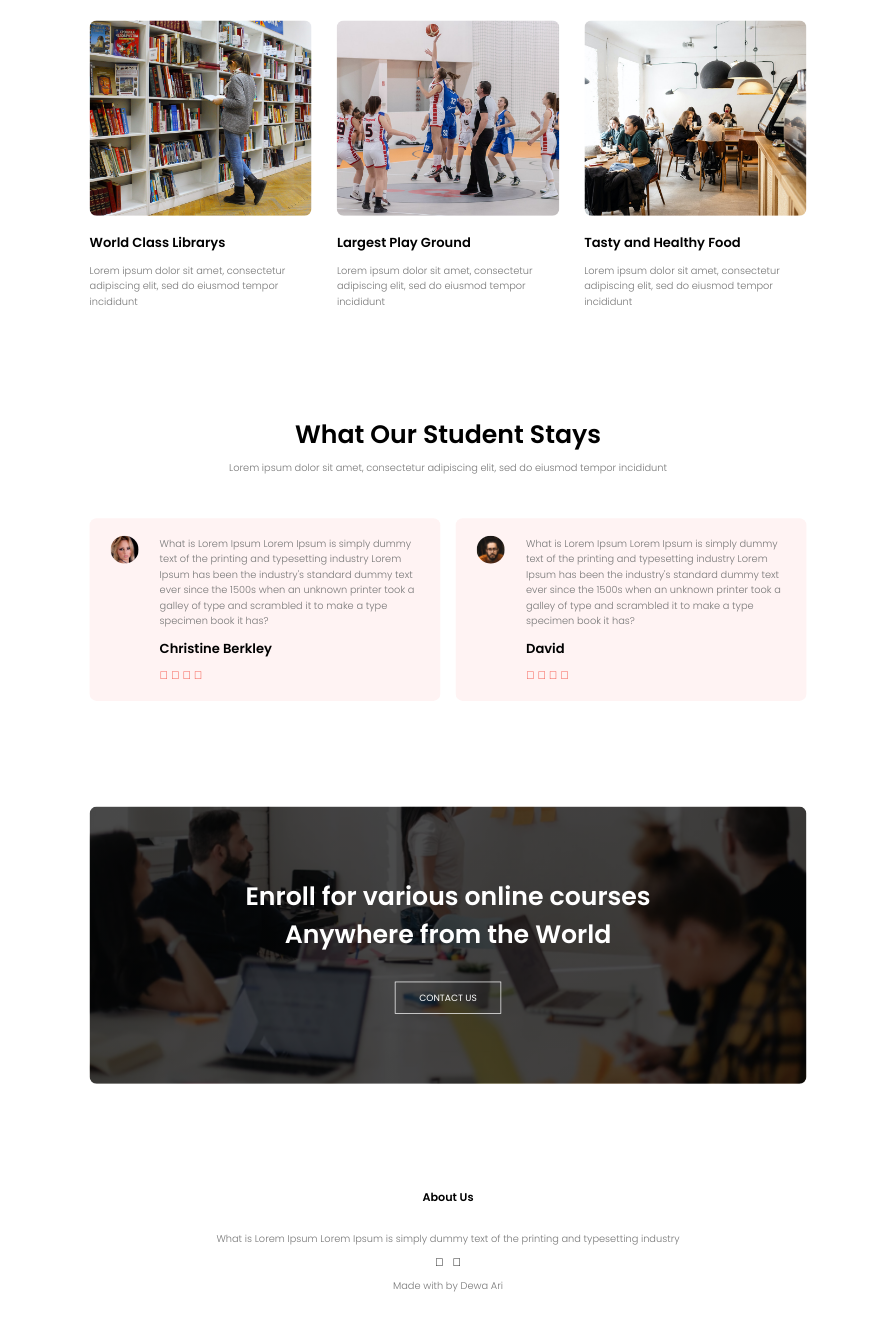
Repository: dewaary/company-profile
Page: index.html
The author's editor kept a copy of each file at every save. The page is drawn from the files as they stood at one save, then again after the next save.
The browser window is 1280 px wide. The pictures show the part of the page from y = 2105 to 4025 px (the page is 3993 px tall before and 4025 px after), at 70% of full size.

Above is the page before, as saved 2021-05-07 22:44:58.

After the next save:
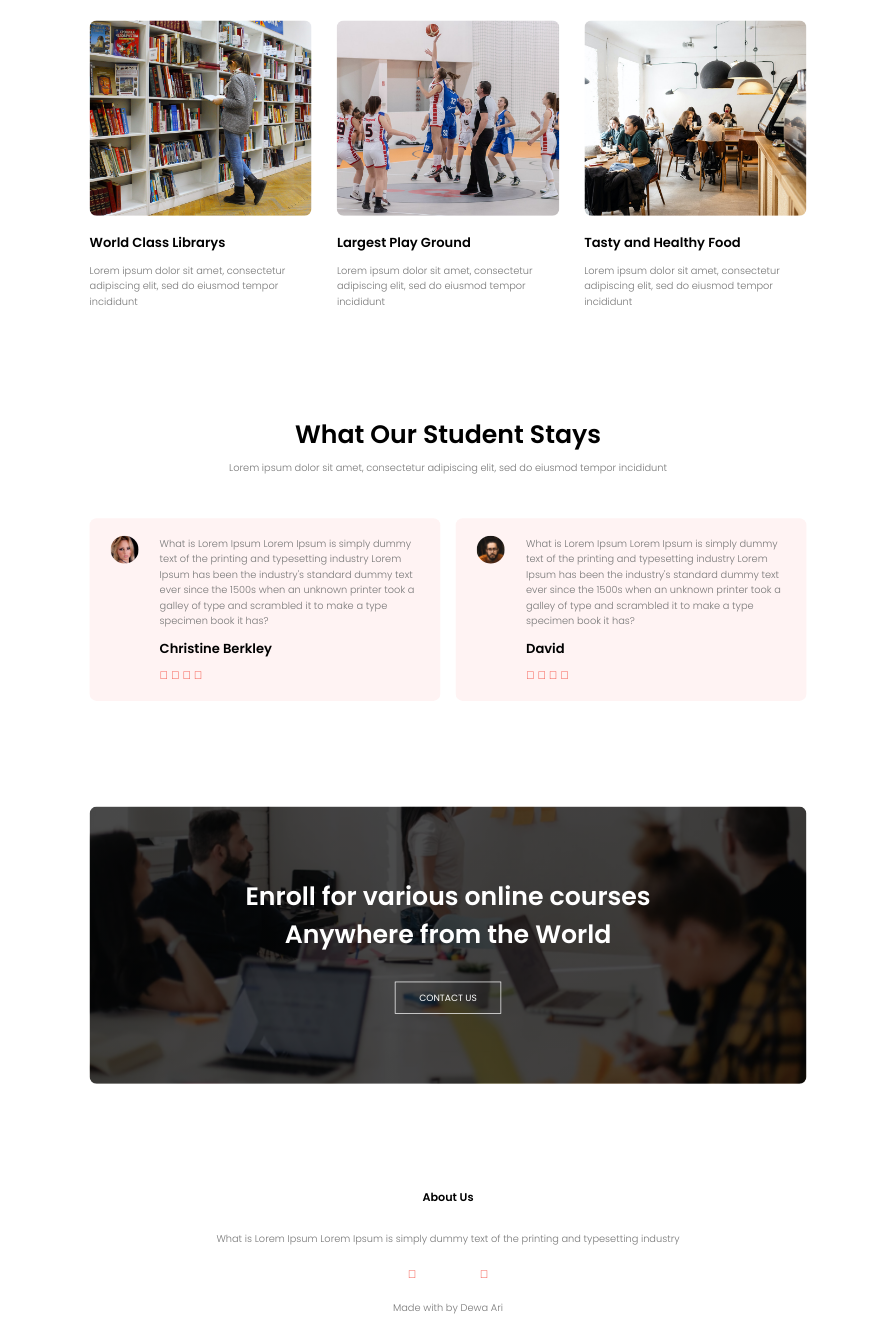
Saved 27 s later.
--- a/style.css
+++ b/style.css
@@ -345,3 +345,14 @@ h3 {
   margin-top: 20px;
   font-weight: 600;
 }
+
+.icons .fa{
+  color: #f44336;
+  margin: 0 13px;
+  cursor: pointer;
+  padding: 18px 0;
+}
+
+.fa-heart-0 {
+  color: #f44336;
+}
